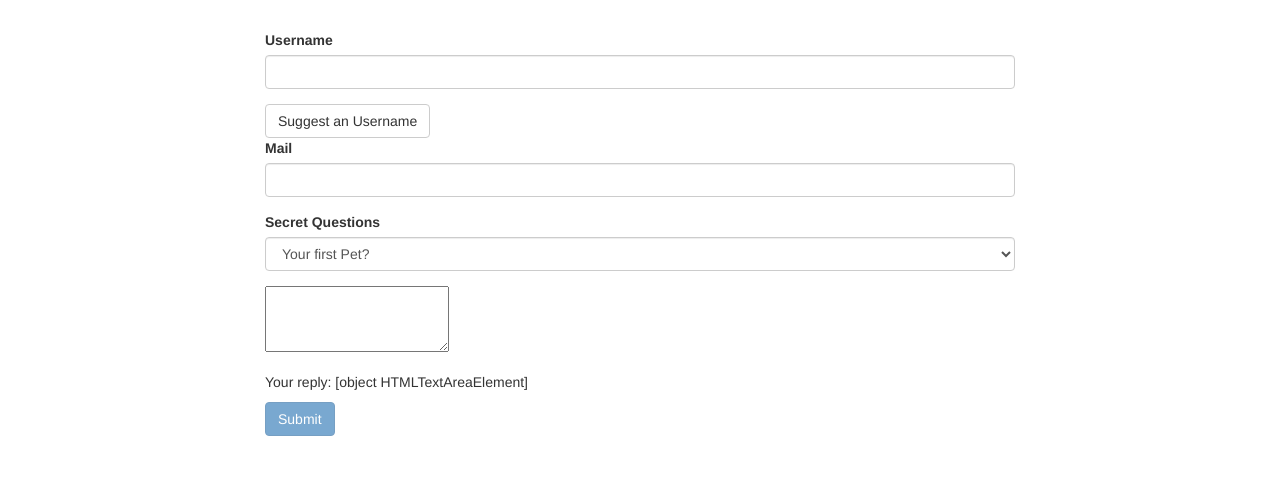
Repository: NikitasX/AngularCourse
Page: / (app in forms-start/)
These files come from the project's save history. The page is drawn as it stood at one moment and after the next save; the edit follows.
The browser window is 1280 px wide. The pictures show the whole page.
The project was rebuilt for these pictures with package versions that can differ from the ones it lists, and the page was loaded fresh each time. Also part of the build but not shown: forms-start/angular.json.

Above is the page before, as saved 2020-09-25 15:47:02.

After the next save:
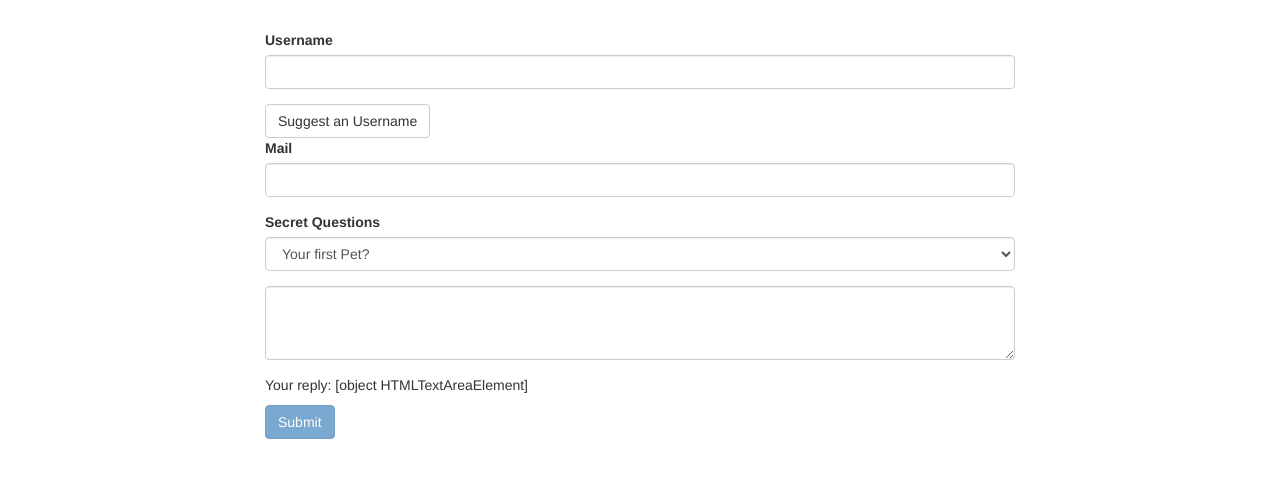
Saved 12 s later.
--- a/forms-start/src/app/app.component.html
+++ b/forms-start/src/app/app.component.html
@@ -45,6 +45,7 @@
         </div>
         <div class="form-group">
           <textarea
+          class="form-control"
           name="questionAnswer"
           rows="3"
           ngModel
